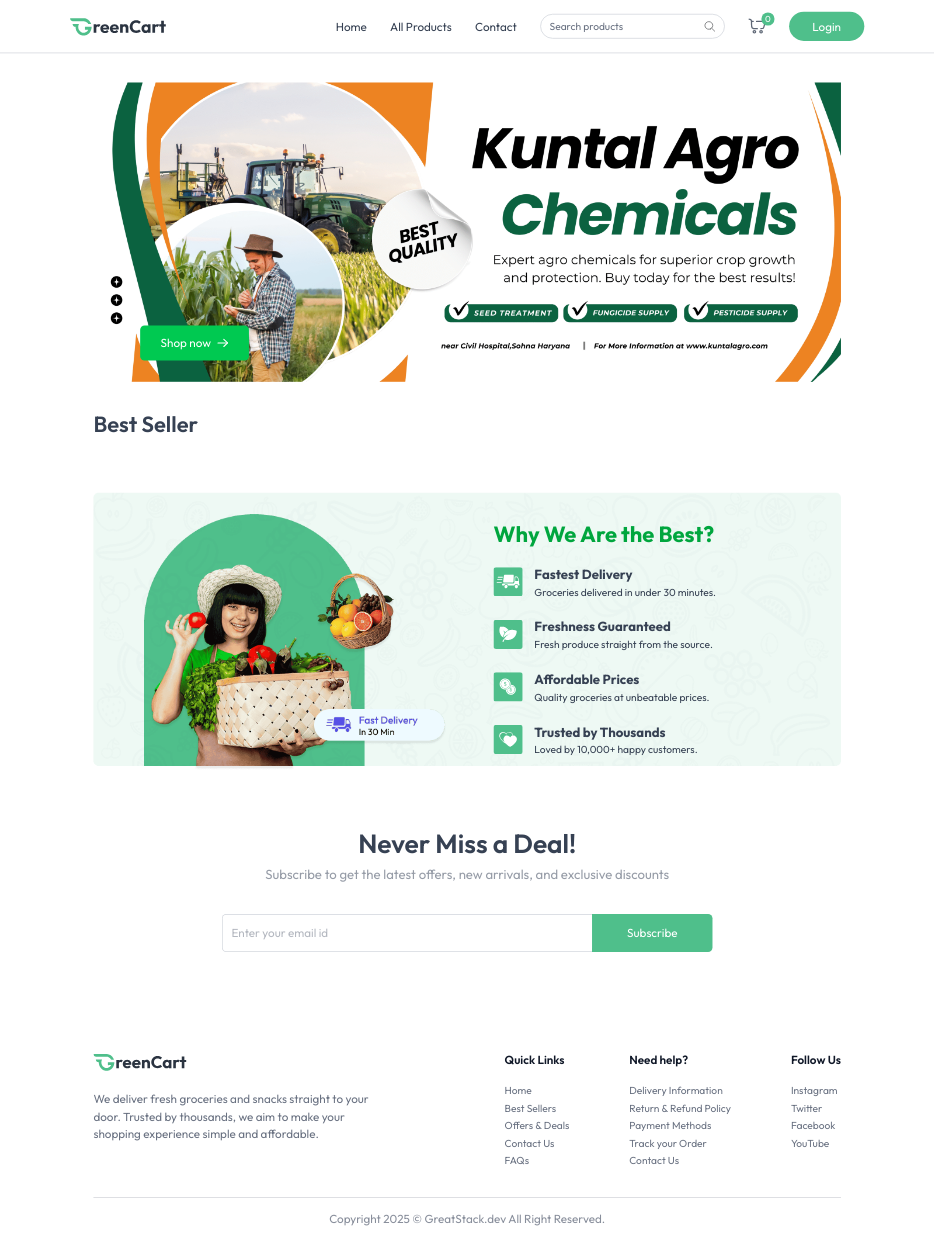
Repository: deepak445566/agro
Page: / (app in client/)
These files come from the project's save history. The page is drawn as it stood at one moment and after a run of saves; the edit follows.
The browser window is 1280 px wide. The pictures show the whole page, at 73% of full size.
The page's requests for data from a server got no answer. Some web fonts or font styles are not loaded; a fallback is used. The project was rebuilt for these pictures with package versions that can differ from the ones it lists, and the page was loaded fresh each time. No one was signed in, and anything a server would have sent is missing. Also part of the build but not shown: client/vite.config.js, client/src/components/ProductCard.jsx, client/src/components/Login.jsx, client/src/pages/AllProduct.jsx, client/src/pages/Productcato.jsx, client/src/pages/ProductDetail.jsx, client/src/pages/Cart.jsx, client/src/components/Addaddress.jsx and 7 more.

Above is the page before, as saved 2025-12-14 14:22:58.

### client/index.html
<!doctype html>
<html lang="en">
  <head>
    <meta charset="UTF-8" />
    <link rel="icon" type="image/svg+xml" href="/favicon.svg" />
    <meta name="viewport" content="width=device-width, initial-scale=1.0" />
    <title>Grocery</title>
  </head>
  <body>
    <div id="root"></div>
    <script type="module" src="/src/main.jsx"></script>
  </body>
</html>

### client/src/main.jsx
import { StrictMode } from 'react'
import { createRoot } from 'react-dom/client'
import './index.css'
import App from './App.jsx'
import {BrowserRouter} from 'react-router-dom'
import { AppContextProvider } from './context/AppContext.jsx'


createRoot(document.getElementById('root')).render(
  <BrowserRouter>
  <AppContextProvider>
    <App />
    </AppContextProvider>
 </BrowserRouter>,
)

### client/src/index.css



@import url('https://fonts.googleapis.com/css2?family=Anton&family=Archivo+Black&family=Bebas+Neue&family=Bungee&family=Exo+2:ital,wght@0,100..900;1,100..900&family=Frijole&family=Kaushan+Script&family=Lilita+One&family=Mozilla+Headline:wght@200..700&family=Outfit:wght@100..900&family=Poppins:ital,wght@0,100;0,200;0,300;0,400;0,500;0,600;0,700;0,800;0,900;1,100;1,200;1,300;1,500;1,600;1,700;1,800;1,900&family=Rowdies:wght@300;400;700&family=Signika+Negative:wght@300..700&display=swap');

@import "tailwindcss";

*{
  font-family: "Outfit", sans-serif;
}
@theme {
  --color-primary:#4fbf8b;
  --color-primary-dull: #44ae7c;
}

### client/src/App.jsx
import React from 'react'
import Navbar from './components/Navbar'
import Home from './pages/Home'
import { Route, Routes, useLocation } from 'react-router-dom'
import { Toaster } from 'react-hot-toast';
import Footer from './components/Footer';
import { useAppContext } from './context/AppContext';
import Login from './components/Login';
import AllProduct from './pages/AllProduct';
import Productcato from './pages/Productcato';
import ProductDetail from './pages/ProductDetail';
import Cart from './pages/Cart';
import Addaddress from './components/Addaddress';
import Myorders from './pages/Myorders';
import SellerLogin from './components/seller/SellerLogin';
import SellerLayout from './pages/seller/SellerLayout';
import Addproduct from './pages/seller/Addproduct';
import ProductList from './pages/seller/ProductList';
import Order from './pages/seller/Order';
import Loading from './components/Loading';

function App() {

  const isSellerPath = useLocation().pathname.includes("seller");
const {showLogin,isSeller} =useAppContext();


  return (
  <>
  <div className='text-default min-h-screen text-gray-700 bg-white'>
{isSellerPath ? null : <Navbar/>}
{showLogin ? <Login/> : null}
<Toaster></Toaster>
<div className={` ${isSellerPath ? " ":"px-6 md:px-16 lg:px-24 xl:px-32" }`}>
  <Routes>
    <Route path='/' element={<Home/>}/>
    <Route path='/products' element={<AllProduct/>}/>
    <Route path='/products/:category' element={<Productcato/>}/>
    <Route path='/products/:category/:id' element={<ProductDetail/>}/>
  <Route path='/cart' element={<Cart/>}/>
  <Route path='/add-address' element={<Addaddress/>}/>
  <Route path='/myOrders' element={<Myorders/>}/>
<Route path="/loader" element={<Loading/>}/>



  <Route path='/seller' element={isSeller?<SellerLayout/> :<SellerLogin/>}>
  <Route index element={isSeller?<Addproduct/>:null} />
<Route path='product-list' element={isSeller?<ProductList/>:null} />
<Route path='orders' element={<Order/>}/>



  </Route>


  </Routes>
</div>
 {!isSellerPath && <Footer />}
</div>
  </>
  )
}

export default App

### client/src/context/AppContext.jsx
import { createContext, useContext, useEffect, useState } from "react";
import { useNavigate } from "react-router-dom";

import toast from "react-hot-toast";
import axios from "axios";


axios.defaults.withCredentials = true;
axios.defaults.baseURL = import.meta.env.VITE_BACKEND_URL;






export const AppContext = createContext();

export const AppContextProvider = ({ children }) => {
  const navigate = useNavigate();

  const [user, setUser] = useState(null);
  const [isSeller, setIsSeller] = useState(false);
  const [showLogin, setShowLogin] = useState(false);
  const [products, setProducts] = useState([]);
  const [cartItems, setCartItems] = useState({});
  const [search, setSearch] = useState({});

  //status//
  const fetchSeller = async () =>{
    try {
      const {data} = await axios.get("/api/seller/isauth");
      if(data.success){
        setIsSeller(true);
      }
      else{
        setIsSeller(false);
      }
    } catch (error) {
      setIsSeller(false);
    }
  }



  const fetchUser = async ()=>{
    try {
      const {data} = await axios.get('/api/user/isauth');
      if(data.success){
        setUser(data.user)
        setCartItems(data.user.cartItems)

      }
    } catch (error) {
      setUser(null)
    }
  }


  // Fetch products
  const fetchProducts = async () => {
   try{
const {data} = await axios.get("/api/product/list")
if(data.success){
  setProducts(data.products)
}else{
  toast.error(data.message)
}
   }catch(error){
toast.error(error.message)
   }
  };

  // Add to cart
  const addToCart = (itemId) => {
    let cartData = structuredClone(cartItems);
    if (cartData[itemId]) {
      cartData[itemId] += 1;
    } else {
      cartData[itemId] = 1;
    }
    setCartItems(cartData);
    console.log(cartItems);
    toast.success("Added to Cart");
  };

  // Update cart quantity
  const updateCart = (itemId, quantity) => {
    let cartData = structuredClone(cartItems);
    if (quantity <= 0) {
      delete cartData[itemId];
    } else {
      cartData[itemId] = quantity;
    }
    setCartItems(cartData);
  };

  // Remove product from cart completely
  const removeFromCart = (itemId) => {
    let cartData = structuredClone(cartItems);
    if (cartData[itemId]) {
      delete cartData[itemId];
      setCartItems(cartData);
      toast.success("Removed from Cart");
    }
  };

  const getcount = () => {
    let totalcount = 0;
    for (const item in cartItems) {
      totalcount += cartItems[item];
    }
    return totalcount;
  };

  const gettotal = () => {
    let totalAmount = 0;
    for (const itemId in cartItems) {
      let itemInfo = products.find((pro) => pro._id === itemId);
      if (itemInfo && cartItems[itemId] > 0) {
        totalAmount += itemInfo.offerPrice * cartItems[itemId]; // ✅ fixed property name
      }
    }
    return Math.floor(totalAmount * 100) / 100;
  };

  useEffect(() => {
    fetchSeller()
    fetchUser()
    fetchProducts()
  }, []);
//databasecrt items//
useEffect(()=>{
const updateCart = async () => {
  try {
    const { data } = await axios.post('/api/cart/update', {
      userId: user._id,   // make sure user object has _id
      cartItems
    });
    if (!data.success) {
      toast.error(data.message);
    }
  } catch (error) {
    toast.error(error.message);
  }
};

if(user){
  updateCart()
}


},[cartItems])



  const value = {
    navigate,
    user,
    setUser,
    isSeller,
    setIsSeller,
    showLogin,
    setShowLogin,
    products,
    addToCart,
    updateCart,
    removeFromCart, // ⬅ new function
    cartItems,
    search,
    setSearch,
    getcount,
    gettotal,
    axios,
    fetchProducts,
    setCartItems
  };

  return <AppContext.Provider value={value}>{children}</AppContext.Provider>;
};

// Custom hook
export const useAppContext = () => {
  return useContext(AppContext);
};

### client/src/pages/Home.jsx
import React from 'react'

import MainBanner from '../components/MainBanner'

import BestSeller from '../components/BestSeller'
import BottomBanner from '../components/BottomBanner'
import NewsLetter from '../components/NewsLetter'

export default function() {
  return (
   <>
   <div className='mt-10'>
    <MainBanner/>

    <BestSeller/>
    <BottomBanner/>
    <NewsLetter/>

   </div>
   </>
  )
}

### client/src/components/Footer.jsx
import React from 'react'
import { assets, footerLinks } from '../assets/assets'

function Footer() {
  return (
 <>
  <div className="px-6 md:px-16 lg:px-24 xl:px-32 mt-24">
            <div className="flex flex-col md:flex-row items-start justify-between gap-10 py-10 border-b border-gray-500/30 text-gray-500">
                <div>
                    <img className="w-34 md:w-32" src={assets.logo} alt="dummyLogoColored" />
                    <p className="max-w-[410px] mt-6">We deliver fresh groceries and snacks straight to your door. Trusted by thousands, we aim to make your shopping experience simple and affordable.</p>
                </div>
                <div className="flex flex-wrap justify-between w-full md:w-[45%] gap-5 ">
                    {footerLinks.map((section, index) => (
                        <div key={index}>
                            <h3 className="font-semibold text-base text-gray-900 md:mb-5 mb-2">{section.title}</h3>
                            <ul className="text-sm space-y-1">
                                {section.links.map((link, i) => (
                                    <li key={i}>
                                        <a href={link.url} className="hover:underline transition">{link.text}</a>
                                    </li>
                                ))}
                            </ul>
                        </div>
                    ))}
                </div>
            </div>
            <p className="py-4 text-center text-sm md:text-base text-gray-500/80">
                Copyright 2025 © <a href="https://prebuiltui.com">GreatStack.dev</a> All Right Reserved.
            </p>
        </div>

 </>
  )
}

export default Footer

### client/src/components/MainBanner.jsx
import React from "react";
import { assets } from "../assets/assets";
import { Link } from "react-router-dom";

function MainBanner() {
  return (
    <div className="relative w-full">
      {/* Banner image */}
      <img
        src="/main1.png"
        alt="Main banner"
        className="w-full hidden md:block"
      />
      <img
        src={assets.main_banner_bg_sm}
        alt="Main banner mobile"
        className="w-full md:hidden"
      />

      {/* Overlay content */}
      <div className="absolute inset-0 flex flex-col justify-center md:items-start items-center px-6 md:px-16 mt-96 lg:mt-0 md:mt-0">


        {/* Buttons */}
        <div className="mt-76 flex flex-col md:flex-row items-center  md:justify-start gap-4">
          <Link
            to="/products"
            className="flex items-center gap-2 px-7 py-3 bg-green-500 hover:bg-green-600 text-white rounded-md transition"
          >
            Shop now
            <img
              src={assets.white_arrow_icon}
              alt="arrow"
              className="w-4 h-4"
            />
          </Link>


        </div>
      </div>
    </div>
  );
}

export default MainBanner;

### client/src/components/BestSeller.jsx
import React from "react";
import ProductCard from "./ProductCard";
import { useAppContext } from "../context/AppContext";

function BestSeller() {
  const { products } = useAppContext();

  return (
    <div className="mt-10">
      {/* Heading */}
      <p className="text-2xl md:text-3xl font-semibold mb-4">
        Best Seller
      </p>

      {/* Products Grid */}
      <div className="grid grid-cols-2 sm:grid-cols-3 md:grid-cols-4 lg:grid-cols-5 gap-4 lg:gap-6">
        {products
          .filter((item) => item.inStock)
          .slice(0, 5)
          .map((item) => (
            <ProductCard key={item._id} product={item} />
          ))}
      </div>
    </div>
  );
}

export default BestSeller;

### client/src/components/BottomBanner.jsx
import React from "react";
import { assets, features } from "../assets/assets";

function BottomBanner() {
  return (
    <div className="relative w-full mt-15">
      {/* Desktop Background Image */}
      <img
        src={assets.bottom_banner_image}
        alt="Woman with groceries"
        className="w-full h-auto object-cover hidden md:block"
      />

      {/* Mobile Background Image */}
      <img
        src={assets.bottom_banner_image_sm}
        alt="Woman with groceries"
        className="w-full h-auto object-cover md:hidden"
      />

      {/* Overlay Text */}
      <div className="absolute inset-0 flex flex-col justify-center px-4 sm:px-6 md:px-12">
        <div className="max-w-6xl mx-auto grid grid-cols-1 md:grid-cols-2 gap-6 items-center">

          {/* Left Empty Space for Desktop */}
          <div className="hidden md:block"></div>

          {/* Right Section - Text */}
        <div className=" p-2 sm:p-6 rounded-lg md:rounded-none -mt-[16rem] sm:-mt-8 md:mt-5">
            <h2 className="text-2xl sm:text-3xl font-bold text-green-600 mb-4 sm:mb-6 text-center md:text-left">
              Why We Are the Best?
            </h2>

            <div className="space-y-4 sm:space-y-6">
              {features.map((item, index) => (
                <div
                  key={index}
                  className="flex flex-row items-start space-x-3 sm:space-x-4"
                >
                  <img
                    src={item.icon}
                    alt={item.title}
                    className="w-8 h-8 sm:w-10 sm:h-10 mt-1"
                  />
                  <div>
                    <h3 className="font-bold text-base sm:text-lg">{item.title}</h3>
                    <p className="text-gray-700 text-sm">{item.description}</p>
                  </div>
                </div>
              ))}
            </div>
          </div>

        </div>
      </div>
    </div>
  );
}

export default BottomBanner;

### client/src/components/NewsLetter.jsx
import React from 'react'

function NewsLetter() {
  return (
   <div className="flex flex-col items-center justify-center text-center space-y-2 mt-20">
            <h1 className="md:text-4xl text-2xl font-semibold">Never Miss a Deal!</h1>
            <p className="md:text-lg text-gray-500/70 pb-8">
                Subscribe to get the latest offers, new arrivals, and exclusive discounts
            </p>
            <form className="flex items-center justify-between max-w-2xl w-full md:h-13 h-12">
                <input
                    className="border border-gray-300 rounded-md h-full border-r-0 outline-none w-full rounded-r-none px-3 text-gray-500"
                    type="text"
                    placeholder="Enter your email id"
                    required
                />
                <button type="submit" className="md:px-12 px-8 h-full text-white bg-primary hover:bg-primary-dull transition-all cursor-pointer rounded-md rounded-l-none">
                    Subscribe
                </button>
            </form>
        </div>

  )
}

export default NewsLetter

Loaded but not shown: client/src/assets/assets.js (194 lines, source omitted); client/src/components/Navbar.jsx (111 lines, source omitted)

After the next 2 saves:
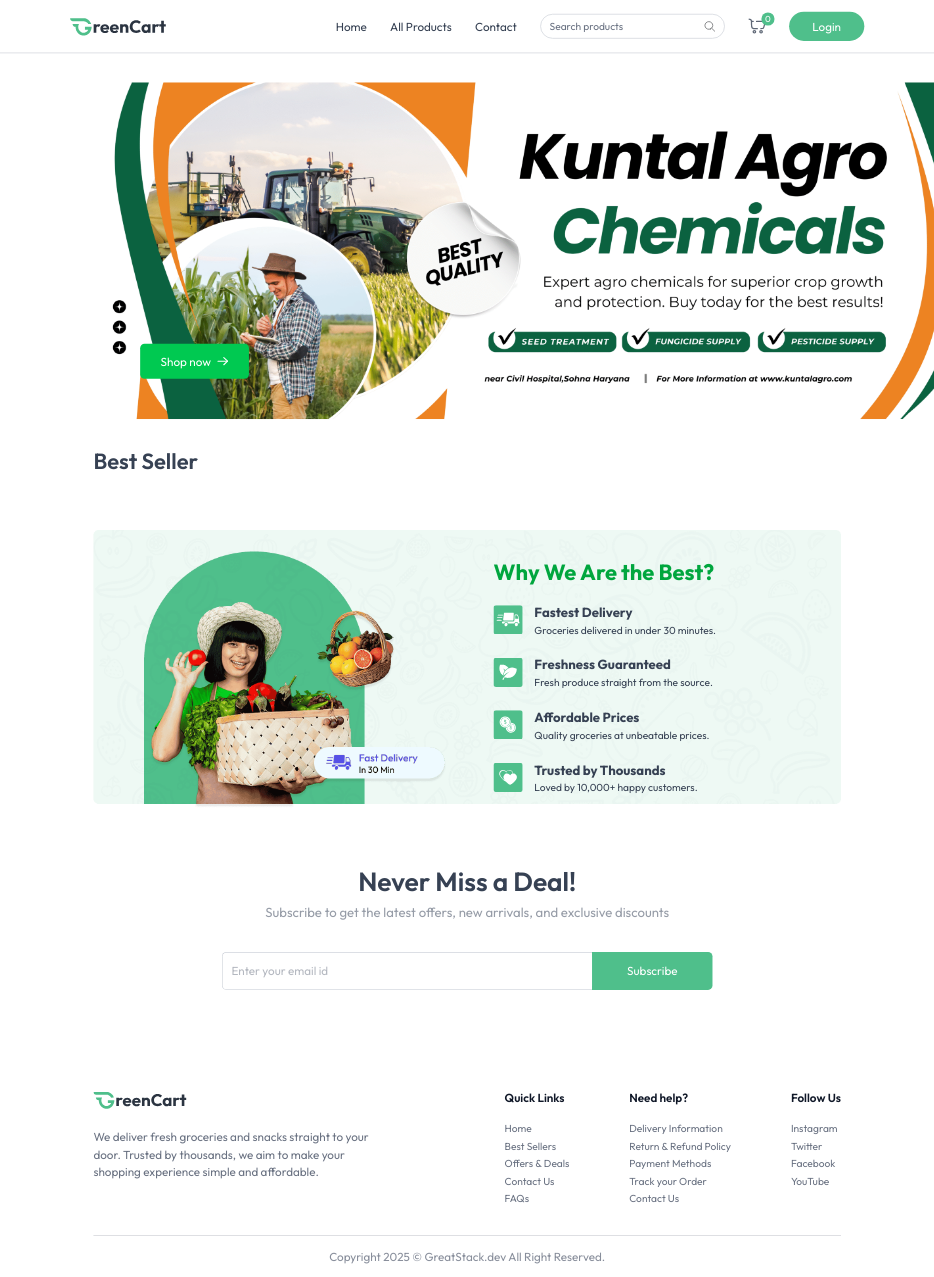
The 2 saves are shown as one change because they came seconds apart.
The last was saved 33 s later.
--- a/client/src/components/MainBanner.jsx
+++ b/client/src/components/MainBanner.jsx
@@ -4,7 +4,7 @@
 
 function MainBanner() {
   return (
-    <div className="relative w-full">
+    <div className="relative w-[90vw]">
       {/* Banner image */}
       <img
         src="/main1.png"

After the 2 saves that followed:
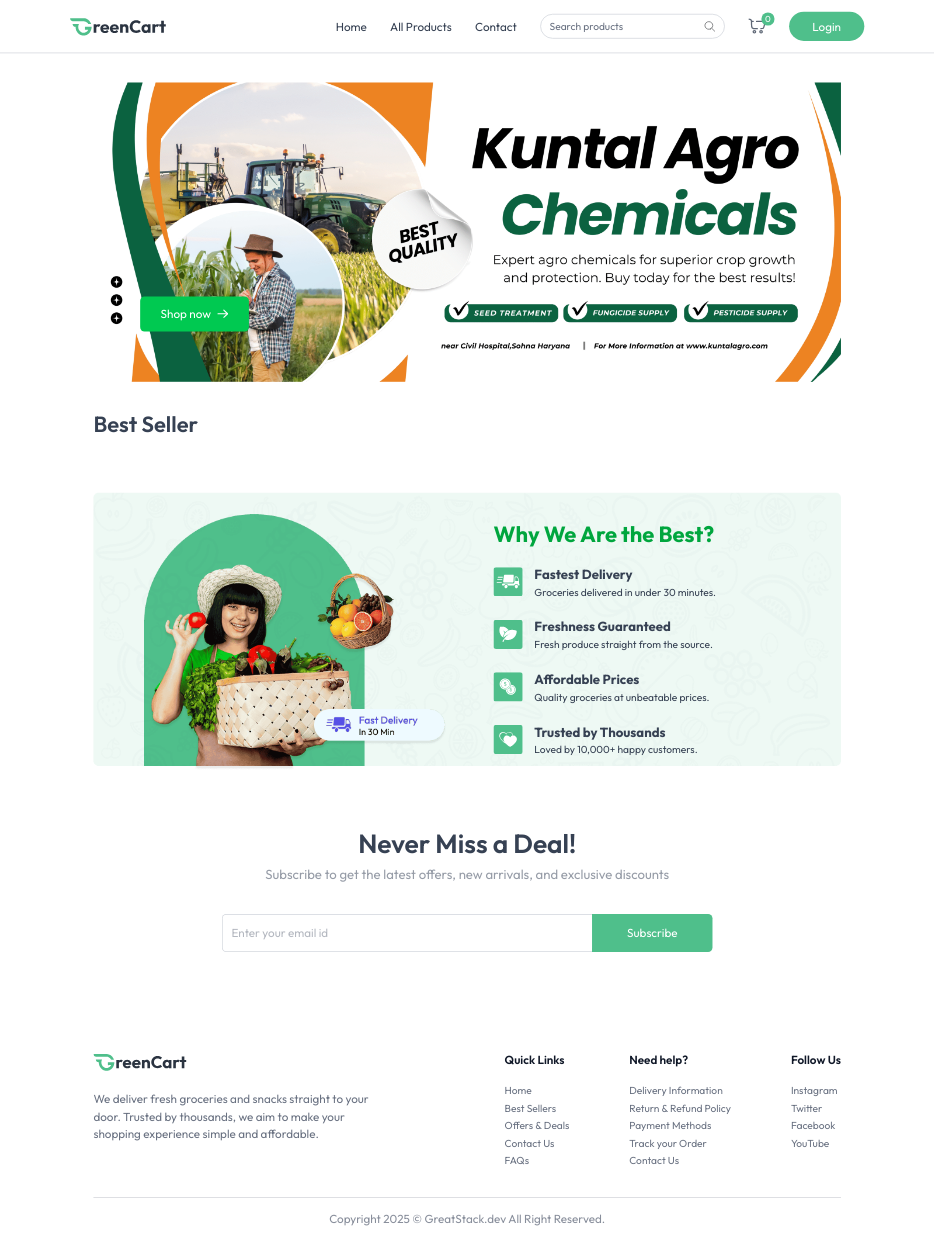
The 2 saves are shown as one change because they came seconds apart.
The last was saved 16 s later.
--- a/client/src/components/MainBanner.jsx
+++ b/client/src/components/MainBanner.jsx
@@ -4,7 +4,7 @@
 
 function MainBanner() {
   return (
-    <div className="relative w-[90vw]">
+    <div className="relative w-full">
       {/* Banner image */}
       <img
         src="/main1.png"
@@ -22,7 +22,7 @@
 
 
         {/* Buttons */}
-        <div className="mt-76 flex flex-col md:flex-row items-center  md:justify-start gap-4">
+        <div className="mt-56 flex flex-col md:flex-row items-center  md:justify-start gap-4">
           <Link
             to="/products"
             className="flex items-center gap-2 px-7 py-3 bg-green-500 hover:bg-green-600 text-white rounded-md transition"
